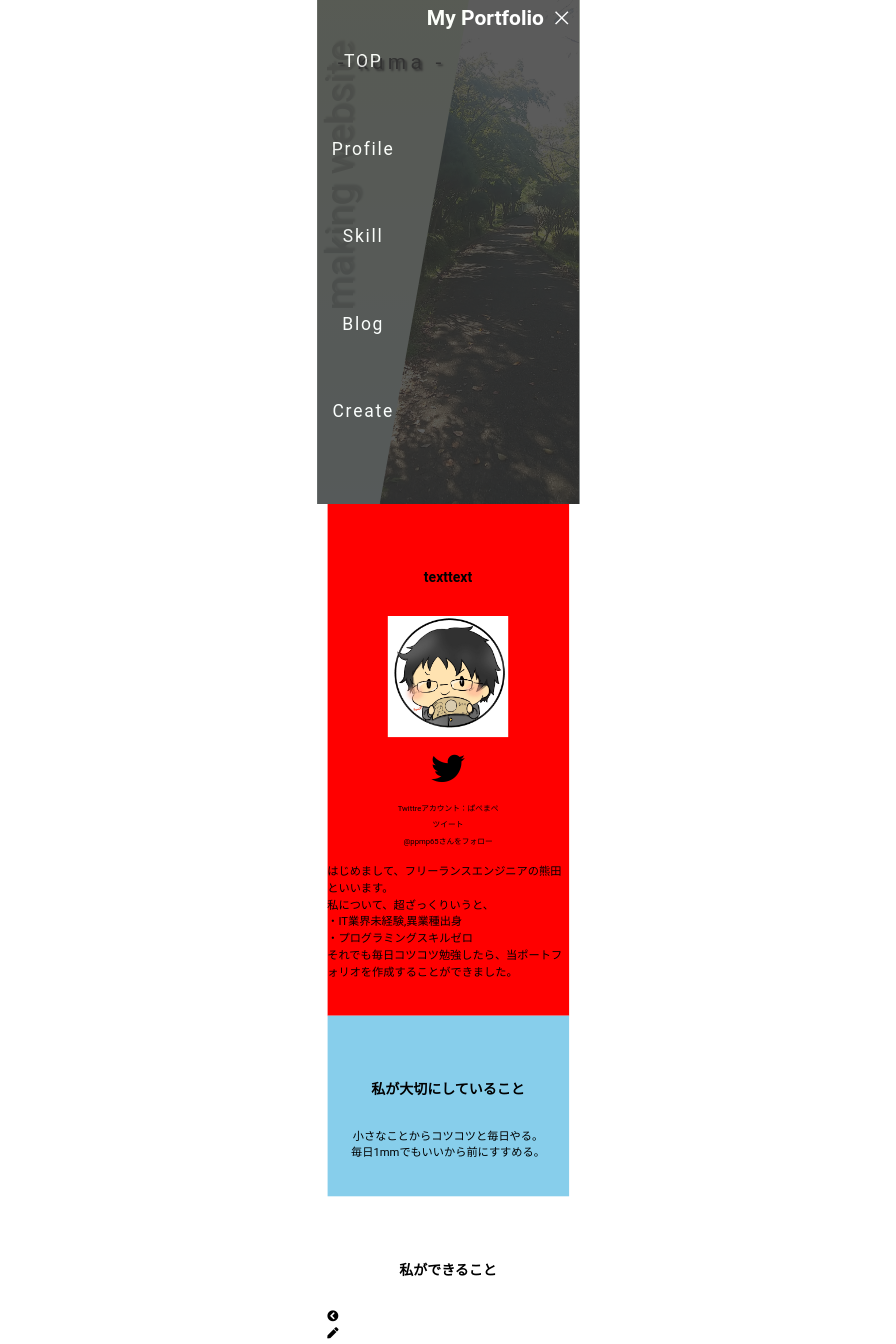
Repository: ppmp556/portfolio6
Page: index copy.html
An editor plug-in stored every save of this project. The page is shown before and after the next save, followed by the edit.
The browser window is 1280 px wide. The pictures show the part of the page from y = 0 to 1920 px (the page is 3189 px tall), at 70% of full size.
After loading, the first visible `#nav_toggle` was clicked once.
Some web libraries are served in a nearby version. The style sheet was rebuilt from its Sass, Less or Tailwind sources for each picture, by a compiler version that may differ from the author's.

Above is the page before, as saved 2020-10-13 17:49:24.
Console error: TypeError: Cannot read properties of null (reading 'addEventListener')

### index copy.html
<!DOCTYPE html>
<html ja>
  <head>
    <meta charset="utf-8" />
    <meta
      name="viewport"
      content="width=device-width, initial-scale=1.0, maximum-scale=1.0, minimum-scale=1.0"
    />
    <title>ポートフォリオ</title>
    <link rel="stylesheet" href="css/faundation.css" />
    <link rel="stylesheet" href="css/main.css" />
    <link
      href="https://use.fontawesome.com/releases/v5.6.1/css/all.css"
      rel="stylesheet"
    />
    <script src="https://ajax.googleapis.com/ajax/libs/jquery/3.4.1/jquery.min.js"></script>
  </head>

  <body>
    <div class="container">

      <div class="kv" id="kv">
        <div class="kv_container">
          <img src="images/道.jpg" alt="" class="kv_img">


          <!-- <img src="/images/3566338_s.jpg" alt="" class="kv_img"> -->
          <!-- <img src="/images/3566338_s.jpg" alt="" class="kv_img"> -->
          <!-- <img src="/images/3566338_s.jpg" alt="" class="kv_img"> -->
          <!-- <img src="/images/3566338_s.jpg" alt="" class="kv_img"> -->

          <div class="kv_wrapper line">
            <p class="kv_animetype">
                <!-- ポートフォリオ<span class="line_type">|</span> -->
            </p><!-- /.kv_animetype -->

          </div><!-- /.kv_wrapper -->
        </div><!-- /.kv_container -->
      </div>
      <!-- /#kv.kv -->

      <header class="header" id="top">
        <div class="header_inner flex">
          <h1 class="header_ttl"><a href="index.html">My Portfolio</a></h1>
          <!-- /.header_ttl -->

          <nav class="nav">
            <!-- ハンバーガーメニュー部分 -->

            <div class="nav_ham" id="nav_toggle">
              <span class="nav_line tg1"></span>
              <span class="nav_line tg2"></span>
              <span class="nav_line tg3"></span>
            </div>
            <!-- ハンバーガーメニューここまで -->

            <ul class="nav_list flex">
              <div class="nav_inner">
                <li class="nav_item">
                  <a href="#Top" class="nav_link">TOP</a>
                </li>
                <!-- /.nav_item -->
                <li class="nav_item">
                  <a href="#about" class="nav_link">Profile</a>
                </li>
                <!-- /.nav_item -->
                <li class="nav_item">
                  <a href="#skill" class="nav_link">Skill</a>
                </li>
                <!-- /.nav_item -->
                <li class="nav_item">
                  <a href="#blog" class="nav_link">Blog</a>
                </li>
                <!-- /.nav_item -->
                <li class="nav_item">
                  <a href="#create" class="nav_link">Create</a>
                </li>
                <!-- /.nav_item -->
              </div><!-- /.nav_inner -->
            </ul>
            <!-- /.nav_list -->
          </nav>
          <!-- /.nav -->
        </div><!-- /.header_inner -->
      </header>
      <!-- /.header -->



      <main class="main_container">
        <div class="inner">

          <section class="about" id="about">
            <h2 class="section_ttl">texttext</h2>
            <!-- /.section_ttl -->

            <div class="section_inner">
              <div class="about_left">
                <div class="about_imgbox">
                  <img src="images/アイコン.jpg" alt="" class="about_img">
                  <div class="about_share">
                    <a href="" class="about_share_icon">
                      <i class="fab fa-twitter fa-3x share"></i>
                      <p class="about_sharetxt">Twittreアカウント：ぱぺまぺ</p>
                      <!-- /.about_sharetxt --> </a
                    ><!-- /.about_share_icon -->
                      <br>
                    <a
                      href="https://twitter.com/share"
                      class="twitter_share_button"
                      data-via="webgaku"
                      data-lang="ja"
                      >ツイート</a
                    >
                      <br>
                    <a
                      href="https://twitter.com/ppmp65"
                      class="twitter_follow_button"
                      data-show-count="false"
                      data-lang="ja"
                      >@ppmp65さんをフォロー</a
                    >
                  </div>
                  <!-- /.about_share -->
                </div>
                <!-- /.about_imgbox -->
              </div>
              <!-- /.about_left -->

              <div class="about_right">
                <p class="about_txt">
                  はじめまして、フリーランスエンジニアの熊田といいます。<br />
                  私について、超ざっくりいうと、<br />

                  ・IT業界未経験,異業種出身 <br />
                  ・プログラミングスキルゼロ<br />

                  それでも毎日コツコツ勉強したら、当ポートフォリオを作成することができました。
                </p>
                <!-- /.about_txt -->
              </div>
              <!-- /.about_right -->
            </div>
            <!-- /.section_inner -->
          </section>
          <!-- /#about.about -->

          <section class="policy" id="policy">
            <h2 class="section_ttl">私が大切にしていること</h2>
            <!-- /.section_ttl -->

            <div class="policy_animebox">
              <div class="policy_anime">
                <p class="policy_txt">
                  小さなことからコツコツと毎日やる。<br />
                  毎日1mmでもいいから前にすすめる。
                </p>
                <!-- /.policy_txt -->
              </div>
              <!-- /.policy_anime -->
            </div>
            <!-- /.policy_anime -->
          </section>
          <!-- /#policy.policy -->

          <section class="skill" id="skill">
            <div class="scroll_fade_row">
              <h2 class="section_ttl">私ができること</h2>
              <!-- /.section_ttl -->

              <div class="skill_box">
                <div class="skill_content">
                  <div class="slide_btn prev">
                    <i class="fas fa-chevron-circle-left"></i>
                  </div>
                  <!-- /.slide_btn -->

                  <div class="skill_inner">
                    <div class="skill_inbox slide active">
                      <i class="skillIcon fas fa-pen"></i>
                      <p class="skill_inboxttl">執筆</p>
                      <!-- /.skill_inboxttl -->
                      <p class="skill_txt">
                        文章を考えるのが好きです<br />
                        ブログ執筆で毎日1000～2000文字程度<br />
                        書いています。<br />
                        ブログは毎日1日1記事更新。
                      </p>
                      <!-- /.skill_txt -->
                    </div>
                    <!-- /.skill_inbox -->

                    <div class="skill_inbox slide active">
                      <i class="skillIcon fas fa-code"></i>
                      <p class="skill_inboxttl">コーディング</p>
                      <!-- /.skill_inboxttl -->
                      <p class="skill_txt">
                        独学とプログラミングスクール併用<br />
                        全くの知識ゼロから始めました。<br />
                      </p>
                      <!-- /.skill_txt -->
                    </div>
                    <!-- /.skill_inbox -->

                    <div class="skill_inbox slide active">
                      <i class="skillIcon fas fa-pen"></i>
                      <p class="skill_inboxttl">執筆</p>
                      <!-- /.skill_inboxttl -->
                      <p class="skill_txt">
                        文章を考えるのが好きです<br />
                        ブログ執筆で毎日1000～2000文字程度<br />
                        書いています。<br />
                        ブログは毎日1日1記事更新。
                      </p>
                      <!-- /.skill_txt -->
                    </div>
                    <!-- /.skill_inbox -->

                    <div class="skill_inbox slide active">
                      <i class="skillIcon fas fa-cog"></i>
                      <p class="skill_inboxttl">執筆</p>
                      <!-- /.skill_inboxttl -->
                      <p class="skill_txt">
                        文章を考えるのが好きです<br />
                        ブログ執筆で毎日1000～2000文字程度<br />
                        書いています。<br />
                        ブログは毎日1日1記事更新。
                      </p>
                      <!-- /.skill_txt -->
                    </div>
                    <!-- /.skill_inbox -->
                  </div>
                  <!-- /.skill_inner -->
                </div>
                <!-- /.skill_content -->
              </div>
              <!-- /.skill_box -->
            </div>
            <!-- /.scroll_fade_row -->
          </section>
          <!-- /#skill.skill -->

          <section class="blog" id="blog">
            <div class="scroll_fade_row">
              <h2 class="section_ttl">ブログ</h2>
              <!-- /.section_ttl -->

              <div class="section_inner">
                <h3 class="blog_txt">ぱぺまぺの低年収者のための資産運用計画</h3>
                <!-- /.blog_txt -->

                <div class="blog_imgbox">
                  <a href="https://ppmp556.com"
                    >https://ppmp556.com
                    <img
                      class="blogImg"
                      src="images/invest01.png"
                      alt="ブログ1"
                    />
                  </a>
                </div>
                <!-- /.blog_imgbox -->
                <div class="blog_txtbox">
                  <p class="blog_txt">
                    投資ブログです。<br />
                    資金が少なくてもできる投資や、<br />
                    初心者向けの投資、投資についての考え方や<br />
                    ヒントなどを発信しています。（1日1記事更新）
                  </p>
                  <!-- /.blog_txt -->
                </div>
                <!-- /.blog_txtbox -->
              </div>
              <!-- /.section_inner -->
            </div>
            <!-- /.scroll_fade_row -->
          </section>
          <!-- /#blog.blog -->

          <section class="create" id="create">
            <div class="scroll_fade_row">
              <h2 class="section_ttl">制作物</h2>
              <!-- /.section_ttl -->
              <div class="section_inner">
                <div class="create_imgbox">
                  <p class="create_ttl">ポートフォリオ<br />（このサイト）</p>
                  <!-- /.create_ttl -->

                  <!-- アコーディオンメニュー実装する -->
                </div>
                <!-- /.create_imgbox -->
              </div>
              <!-- /.section_inner -->
            </div>
            <!-- /.scroll_fade_row -->
          </section>
          <!-- /#create.create -->
        </div>
        <!-- /.inner -->
      </main>

      <footer class="footer">
        <ul class="footer_list">
          <li class="footer_nav">
            <a href="" class="footer_link"></a>
          </li>
          <!-- /.footer_nav -->
          <li class="footer_nav">
            <a href="" class="footer_link"></a>
          </li>
          <!-- /.footer_nav -->
          <li class="footer_nav">
            <a href="" class="footer_link"></a>
          </li>
          <!-- /.footer_nav -->
          <li class="footer_nav">
            <a href="" class="footer_link"></a>
          </li>
          <!-- /.footer_nav -->
          <li class="footer_nav">
            <a href="" class="footer_link"></a>
          </li>
          <!-- /.footer_nav -->
        </ul>
        <!-- /.footer_list -->

        <div class="footer_copy">
          <small class="footer_txt">@ copyright</small
          ><!-- /.footer_txt -->
        </div>
        <!-- /.footer_copy -->
      </footer>
      <!-- /.footer -->
    </div>
    <!-- /.container -->

    <!-- <btn id="page-top"><a href="#top">PAGE TOP</a></btn> -->
    <script src="https://code.jquery.com/jquery-3.4.1.js"></script>
    <script src="main.js"></script>
  </body>
</html>

### css/faundation.css
/*
html5doctor.com Reset Stylesheet
v1.6.1
Last Updated: 2010-09-17
Author: Richard Clark - http://richclarkdesign.com
Twitter: @rich_clark
*/

html,
body,
div,
span,
object,
iframe,
h1,
h2,
h3,
h4,
h5,
h6,
p,
blockquote,
pre,
abbr,
address,
cite,
code,
del,
dfn,
em,
img,
ins,
kbd,
q,
samp,
small,
strong,
sub,
sup,
var,
b,
i,
dl,
dt,
dd,
ol,
ul,
li,
fieldset,
form,
label,
legend,
table,
caption,
tbody,
tfoot,
thead,
tr,
th,
td,
article,
aside,
canvas,
details,
figcaption,
figure,
footer,
header,
hgroup,
menu,
nav,
section,
summary,
time,
mark,
audio,
video {
  margin: 0;
  padding: 0;
  border: 0;
  outline: 0;
  font-size: 100%;
  vertical-align: baseline;
  background: transparent;
}

body {
  line-height: 1.5;
}

article,
aside,
details,
figcaption,
figure,
footer,
header,
hgroup,
menu,
nav,
section {
  display: block;
}

nav ul {
  list-style: none;
}

table {
  border-collapse: collapse;
  border-spacing: 0;
}


a {
  color: inherit;
  text-decoration: none;
}


img {
  width: 100%;

  /*画像がはみでるのを防ぐ　max-width*/
  max-width: 100%;
  height: auto;

  vertical-align: bottom;
}

/* h1,h2,h3,h4,h5,h6 { */
/* font-weight: bold; */
/* } */

### css/main.scss
@charset 'utf-8';

/****************************************:

全体のスタイル

*****************************************:*/


$cWhite: #ffffff;
$cOcher: #c1a250;
$cBlack: #333;
$cGray: rgb(139, 137, 137);
$cBgColor: #eaebed;


$widthPc: 1024px;
$widthTab: 764px;
$widthSp: 480px;

@mixin fontsize($cFontSz: 3.6rem) {
    font-size: $cFontSz;
    color: $cWhite;
}





@mixin pc {
    @media screen and (min-width: $widthPc) {
        @content;
    }
}


@mixin tab {
    @media screen and (min-width: $widthTab) and (max-width: $widthPc) {
        @content;
    }
}



html {
    // ルートのフォントサイズ 10pxに設定
    font-size: 62.5%;
}

body {
    // デフォルトのフォントサイズ 16pxと同等のサイズに設定
    font-size: 1.6em;
    font-size: 16px;
    width: 375px;
    margin: 0 auto;
    font-family: "Roboto", sans-serif, "Noto Sans";
}


* {
    box-sizing: border-box;
}


.overall {
    font-family: "Yu Gothic", YuGothic, "Hiragino Kaku Gothic Pro", "YuGothic",
        "Meiryo", verdana, "Osaka", "MS PGothic", Sans-Serif, "Yu Mincho",
        YuMincho, "MS P Mincho", serif;

    background-color: $cBgColor;
}

.container {
    width: 100%;
    margin: 0 auto;
    // color: $cWhite;
    position: relative;
    overflow: hidden;
}



.mock {
    /* モック画像 */
    position: absolute;
    top: 0;
    left: 0;
    right: 0;
    margin: 0 auto;
    width: 375px;
    opacity: 0.3;

    /* 反転 */
    filter: hue-rotate(180deg);

    /* テキストを掴まないように */
    pointer-events: none;

    z-index: 999;
}



.flex {
    display: flex;
    justify-content: space-between;
}

.inner {
    margin: 0 auto;
    padding: 0 15px;
}

.section_ttl {
    display: block;
    text-align: center;
    margin: 40px 0;
    font-size: 2rem;
}

/****************************************:

kv

*****************************************:*/

.kv {
    position: relative;
    // background-color: red;
    background: linear-gradient(rgba(231, 251, 210, 0.762), rgba(202, 240, 240, 0.5));

    &_container {
        height: 100vh;

        clip-path: polygon(58% 0, 100% 0, 100% 100%, 24% 100%);



    }

    &::before {
        content: '- kuma -';

        position: absolute;
        top: 65px;
        left: 30px;
        font-size: 3rem;
        color: $cBlack;
        text-shadow: 3px 3px 3px $cBlack;
        letter-spacing: .2em;
    }

    &::after {
        content: 'making website';
        position: absolute;
        top: 210px;
        left: -160px;
        font-size: 5.5rem;
        transform: rotate(-90deg);
        color: $cBlack;
        text-shadow: 3px 3px 3px $cBlack;
        opacity: .3;
    }

    &_ttl {
        color: $cBlack;
        font-size: 5rem;
    }


    &_img {
        width: 100%;
        height: 100vh;
        display: block;

    }

    &_wrapper {
        position: absolute;
        top: 50%;
        left: 50%;
        transform: translate(-50%, -50%);
    }

    &_animetype {
        color: $cWhite;
    }


}


/****************************************:
タイプアニメーション
*****************************************:*/


.line {
    // position: relative;
    top: 50%;
    width: 24em;
    text-align: center;
    margin: 0 auto;
    font-size: 100%;
    white-space: nowrap;
    overflow: hidden;
    animation: type 2.5s steps(80, end);
    animation: typewriter 4s steps(60) 1s 1 normal both,
    /* normal:標準の方向で実行、both:forwardsとbackwardsの両方の規定に従う */
    blinkTextCursor 500ms steps(60) infinite normal;

    &_type {
        font-size: 25px;
        animation: blink 1s infinite;
        /* blink:点滅、infinite:無限に繰り返す */
    }
}



@keyframes type {
    from { width: 0; }
    to   {width: 100%; }
}


@keyframes blink {
    to{opacity: .0;}
}


@keyframes typewriter {
    from { width: 0; }
    to { width: 24em; }
}

@keyframes blinkTextCursor{/*点滅するカーソルのアニメーション*/
    from { border-right-color: $cWhite; }
    to { border-right-color: transparent; }
}


















/****************************************:

header

*****************************************:*/

.header {
    position: absolute;
    top: 0;
    left: 0;
    width: 100%;
    background-color: $cBlack;
    opacity: 0.8;
    padding: 0 20px;
    line-height: 50px;
    color: $cWhite;
    z-index: 99;


    &.clicked {

        background-color: transparent;

        .header_ttl {
            color: $cWhite;
            // transition: .5s;
            font-size: 3rem;
        }

    }

    &_inner.clicked {
        width: 85%;
        padding: 0 20px;
        margin-left: 35%;
        // background-color: red;
        // background-color:$cBlack;
        transition: .3s;
    }

    &_ttl {
        color: $cWhite;
        font-size: 3rem;
        z-index: 1;

    }
}









/****************************************:

nav

*****************************************:*/

.nav {
    position: relative;

    &::before {
        content: '';
        position: absolute;
        top: 0;
        left: -500vw;
        background-color: $cBlack;
        opacity: .5;
        width: 50vw;
        height: 100vh;
    }

    &.clicked::before {
                content: '';
                position: absolute;
                top: 0;
                left: -404px;
                background-color: $cBlack;
                opacity: .5;
                width: 140px;
                height: 100vh;
                transition: .8s;
    }



    &_list {
        position: absolute;
        right: -1000px;
        // right: -5vw;
        display: flex;
        flex-direction: column;

        &.clicked {
            right: -5vw;
            transition: .6s;
        }


    }

    &_inner {
        background-color: $cBlack;
        // background-color: red;
        // height: 88.9vh;
        height: 100vh;
        width: 60.1vw;
        // margin-top: 17%;

    }

    // ハンバーガーメニュー
    &_ham {
        cursor: pointer;
        position: absolute;
        top: 50%;
        right: 0;
        transform: translateY(-50%);
        // background-color: #ffffff;
        width: 25px;
        height: 25px;
        z-index: 100;

        &.clicked {
            right: 40px;
        }
    }

    &_line {
        position: absolute;
        width: 100%;
        height: 2px;
        background-color: $cWhite;

        &:nth-child(1) {
            top: 0px;
            // left: -5px;

        }

        &:nth-child(2) {
            top: 8px;
            // left: 5px;
        }

        &:nth-child(3) {
            top: 16px;
            /* left: -5px; */
        }

        &.clicked:nth-child(1) {
            transform: translateY(12px) rotate(-315deg);
            transition: .5s;

        }
        &.clicked:nth-child(2) {
            left: 0;
            transition: .9s;
            opacity: 0;

        }
        &.clicked:nth-child(3) {
            transform: translateY(-4px) rotate(315deg);
            transition: .5s;

        }




    }

    &_item {
        text-align: center;
        margin-top: 50px;
        font-size: 2.5rem;
        line-height: 3;
        padding-right: 30px;
    }

    &_link {
        position: relative;
        display: block;
        letter-spacing: .1em;



         //ナビホバー時の下線
        &::after {
            position: absolute;
            bottom: -5px;
            left: 0;
            content: '';
            width: 100%;
            height: 2px;
            transform: scale(0, 1);
            transform-origin: center;
            transition: transform .4s;
            background: $cWhite;
        }

        &:hover::after {
            transform: scale(1, 1);
        }

        &:hover {
            letter-spacing: .5em;
            transition: .5s;
        }
    }

}




/****************************************:

about

*****************************************:*/

.about {
    padding: 50px 0;
    background-color: red;

    &_imgbox {
        width: 50%;
        margin: 0 auto;
    }

    &_img {
        display: block;
        width: 100%;
        height: 100%;
    }

    &_share {
        text-align: center;

        &_icon {
            width: 100%;
        }
    }
    &_sharetxt {
        display: inline-block;
        font-size: 1.1rem;
    }

    &_left {
        margin: 20px 0;
    }
}

.share {
    padding: 20px 0;

    &:hover {
        margin-bottom: 5px;
    }
}

.twitter {

    &_share_button {
        font-size: 1.1rem;
    }

    &_follow_button {
        font-size: 1.1rem;
    }
}

.fa-twitter {
    font-size: 2rem;
}

/****************************************:

policy

*****************************************:*/

.policy {
    padding: 50px 0;
    background-color: skyblue;
    margin: 0 auto;

    &_txt {
        text-align: center;

    }
}









/****************************************:

skill

*****************************************:*/


.skill {
    padding: 50px 0;
}

Loaded but not shown: main.js (198 lines, source omitted)

After the next save:
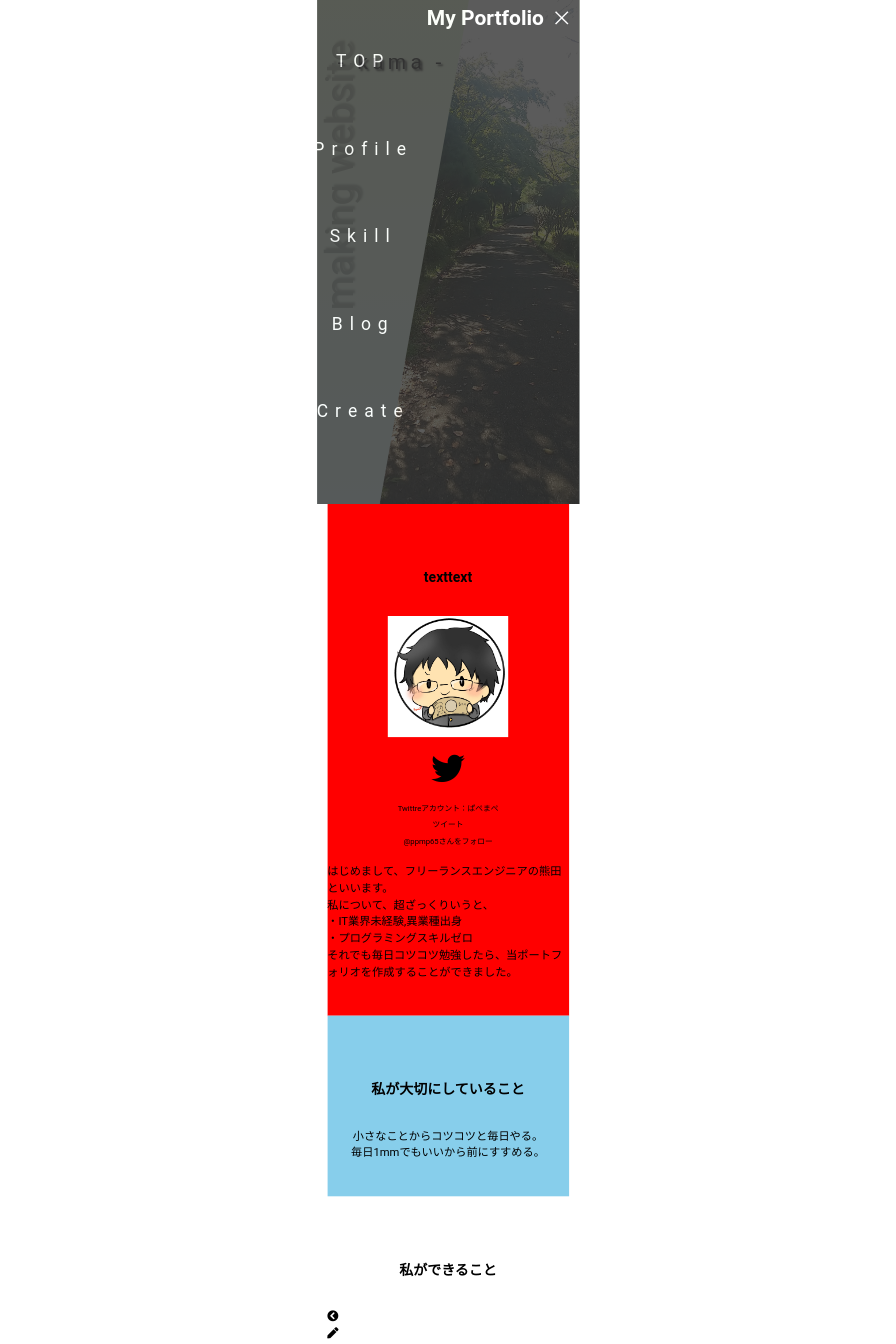
Saved 11 s later.
--- a/css/main.scss
+++ b/css/main.scss
@@ -443,7 +443,7 @@ nav
     &_link {
         position: relative;
         display: block;
-        letter-spacing: .1em;
+        letter-spacing: .4em;
 
 
 
